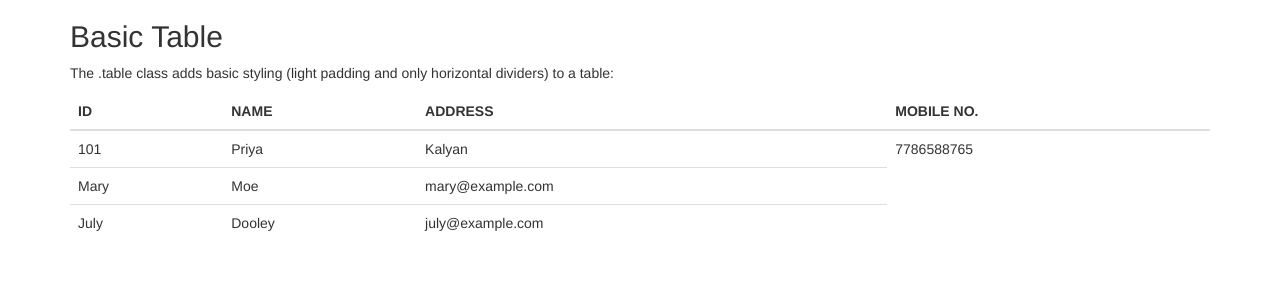
Repository: priyankateli27/priyanka
Page: SirAssignment/src/main/webapp/Entry_table.html
The author's editor kept a copy of each file at every save. The page is drawn from the files as they stood at one save, then again after the next save.
The browser window is 1280 px wide. The pictures show the whole page.

Above is the page before, as saved 2016-07-14 11:25:52.

### SirAssignment/src/main/webapp/Entry_table.html
<!DOCTYPE html>
<html lang="en">
<head>
  <title>Bootstrap Example</title>
  <meta charset="utf-8">
  <meta name="viewport" content="width=device-width, initial-scale=1">
  <link rel="stylesheet" href="http://maxcdn.bootstrapcdn.com/bootstrap/3.3.6/css/bootstrap.min.css">
  <script src="https://ajax.googleapis.com/ajax/libs/jquery/1.12.4/jquery.min.js"></script>
  <script src="http://maxcdn.bootstrapcdn.com/bootstrap/3.3.6/js/bootstrap.min.js"></script>
</head>
<body>

<div class="container">
  <h2>Basic Table</h2>
  <p>The .table class adds basic styling (light padding and only horizontal dividers) to a table:</p>
  <table class="table">
    <thead>
      <tr>
        <th>ID</th>
        <th>NAME</th>
        <th>ADDRESS</th>
        <th>MOBILE NO.</th>
      </tr>
    </thead>
    <tbody>
      <tr>
        <td>101</td>
        <td>Priya</td>
        <td>Kalyan</td>
        <td>7786588765</td>
      </tr>
      <tr>
        <td>Mary</td>
        <td>Moe</td>
        <td>mary@example.com</td>
      </tr>
      <tr>
        <td>July</td>
        <td>Dooley</td>
        <td>july@example.com</td>
      </tr>
    </tbody>
  </table>
</div>

</body>
</html>

After the next save:
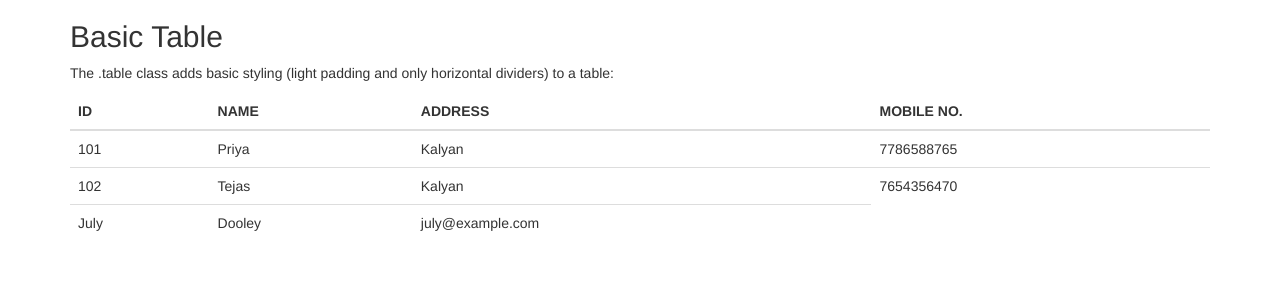
Saved 52 s later.
--- a/SirAssignment/src/main/webapp/Entry_table.html
+++ b/SirAssignment/src/main/webapp/Entry_table.html
@@ -30,9 +30,10 @@
         <td>7786588765</td>
       </tr>
       <tr>
-        <td>Mary</td>
-        <td>Moe</td>
-        <td>mary@example.com</td>
+        <td>102</td>
+        <td>Tejas</td>
+        <td>Kalyan</td>
+        <td>7654356470</td>
       </tr>
       <tr>
         <td>July</td>
